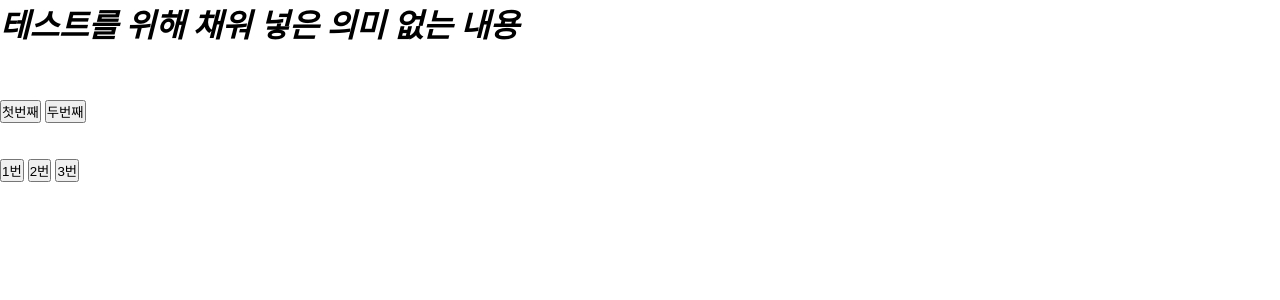
Repository: Axing00/SCSS
Page: test/index.html
The author's editor kept a copy of each file at every save. The page is drawn from the files as they stood at one save, then again after the next save.
The browser window is 1280 px wide. The pictures show the whole page.
The style sheet was rebuilt from its Sass, Less or Tailwind sources for each picture, by a compiler version that may differ from the author's.

Above is the page before, as saved 2023-03-20 13:29:05.

### test/index.html
<!DOCTYPE html>
<html lang="ko">

<head>
	<meta charset="UTF-8">
	<meta http-equiv="X-UA-Compatible" content="IE=edge">
	<meta name="viewport" content="width=device-width, initial-scale=1.0">
	<link rel="stylesheet" href="css/main.css">
	<title>scss test</title>
</head>

<body>
	<p>테스트를 위해 채워 넣은 의미 없는 내용</p>
	<br>
	<br>
	<br>
	<button class="first-btn">첫번째</button>
	<button class="second-btn">두번째</button>
	<br>
	<br>
	<br>
	<button>1번</button>
	<button>2번</button>
	<button>3번</button>





</body>

</html>

### test/style/main.scss

*{
	margin: 0;
	padding:0;
}

p{
	font: {
		style: italic;
		weight: 900;
		size: 32px;
	};
}

/*
	&는 상위선택자
	상위선택자 참조는 의사(가상)클래스를 선택하고자 할때 특히 유용한 방법이다.
*/

.first-btn{
	&:hover{
		background: {
			color: red;
		};
	}
}

.second-btn{
	&:hover{
		background: {
			color: blue;
		};
	}
}


button{
	&:nth-child(1) {
		color: white;
		background-color: tomato;
		width: 100px;
	}
	&:nth-child(2) {
		color: white;
		background-color: tomato;
		width: 200px;
	}
	&:nth-child(3) {
		color: white;
		background-color: tomato;
		width: 300px;
	}
}

After the next save:
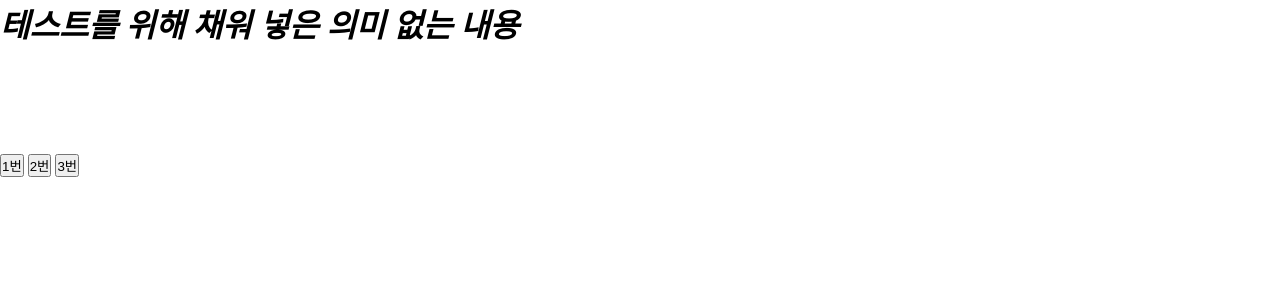
Saved 16 min 30 s later.
--- a/test/index.html
+++ b/test/index.html
@@ -14,8 +14,8 @@
 	<br>
 	<br>
 	<br>
-	<button class="first-btn">첫번째</button>
-	<button class="second-btn">두번째</button>
+	<!-- <button class="first-btn">첫번째</button> -->
+	<!-- <button class="second-btn">두번째</button> -->
 	<br>
 	<br>
 	<br>
